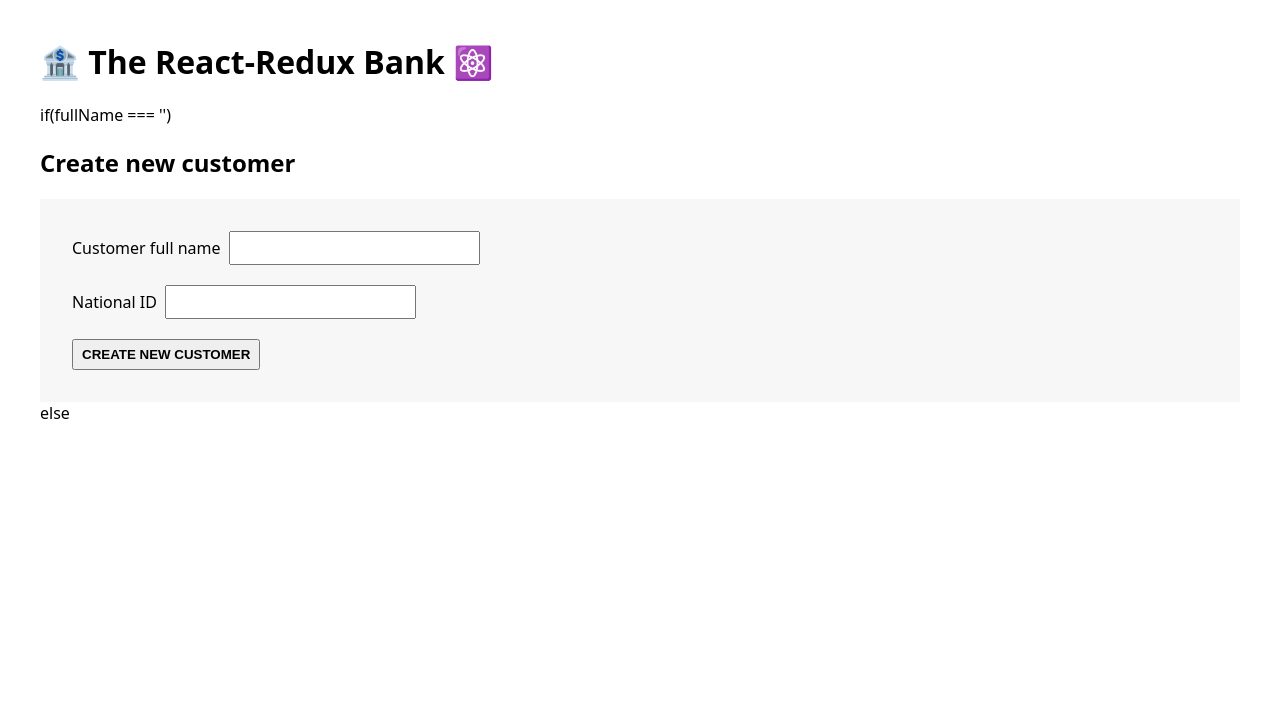
Repository: islamsaeedDev/-The-React-Redux-Bank-
Page: /
The author's editor kept a copy of each file at every save. The page is drawn from the files as they stood at one save, then again after the next save.
The browser window is 1280 px wide. The pictures show the whole page.
The project was rebuilt for these pictures with package versions that can differ from the ones it lists, and the page was loaded fresh each time.

Above is the page before, as saved 2025-10-14 13:06:12.

After the next save:
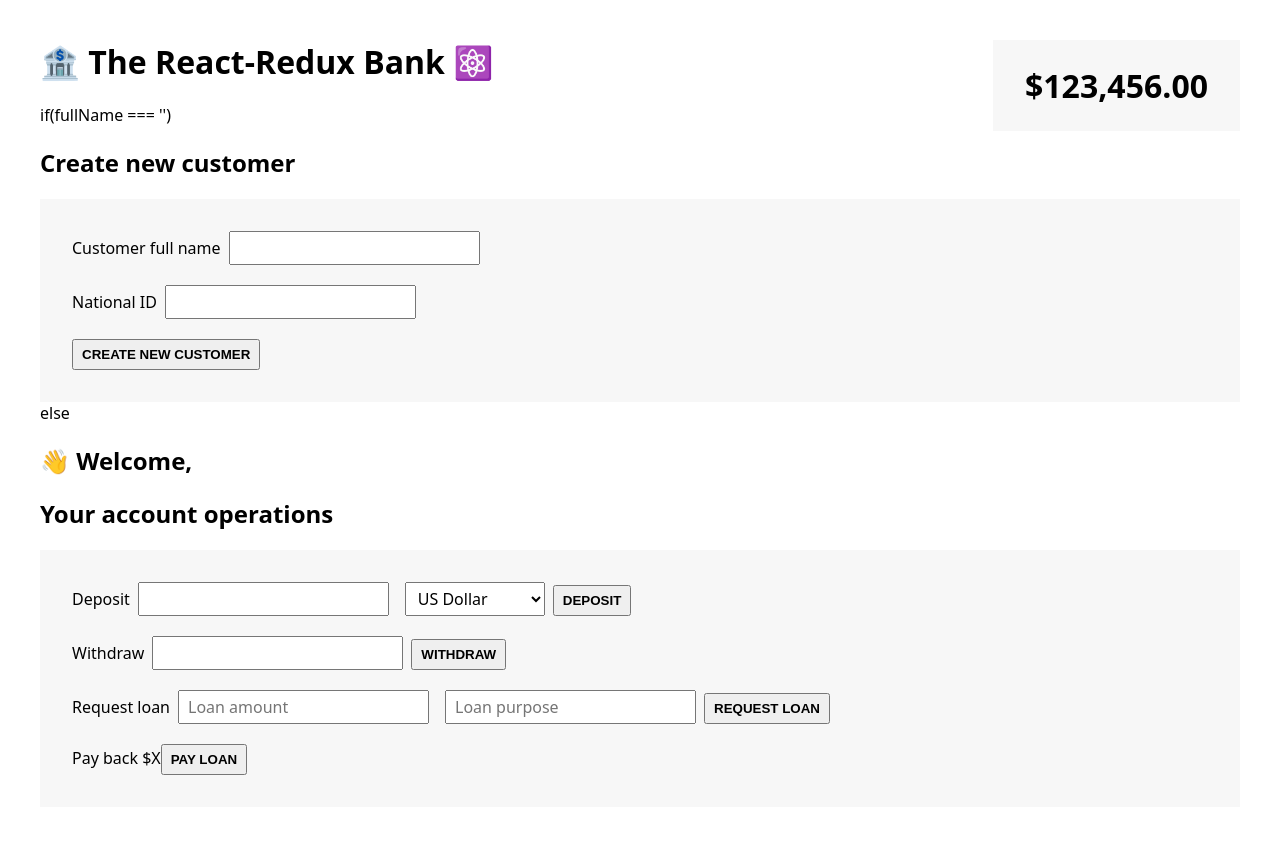
Saved 14 s later.
--- a/src/App.js
+++ b/src/App.js
@@ -23,7 +23,12 @@
 
       if(fullName === '')
       {<CreateCustomer />}
-      else { }
+      else
+      {
+        <><Customer />
+          <AccountOperations />
+          <BalanceDisplay /></>
+      }
 
 
     </div>
